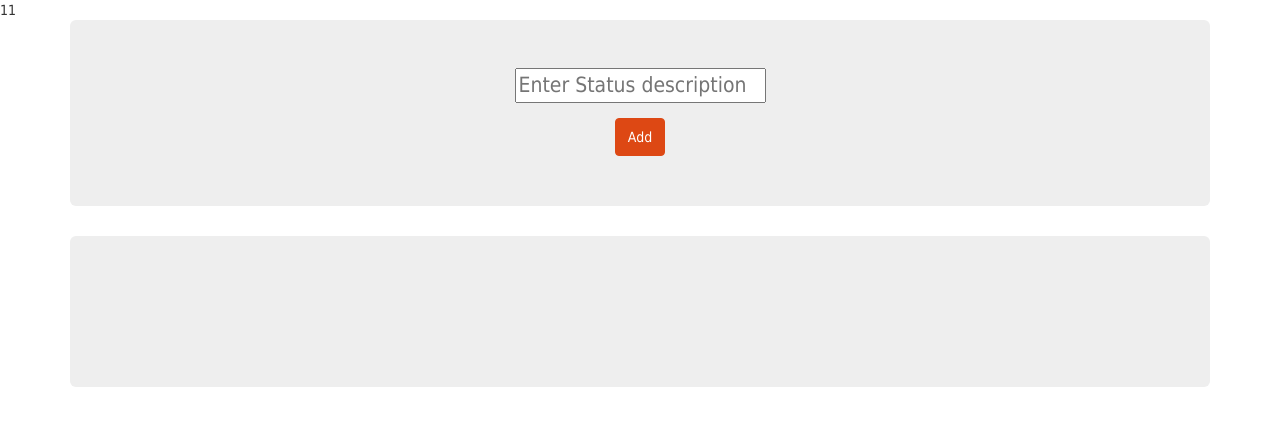
Repository: harshagithub19/news_feed
Page: fbapp3/src/main/webapp/Status.html
The author's editor kept a copy of each file at every save. The page is drawn from the files as they stood at one save, then again after the next save.
The browser window is 1280 px wide. The pictures show the whole page.
The page's requests for data from a server got no answer. Some web fonts or font styles are not loaded; a fallback is used. Some web libraries are served in a nearby version.

Above is the page before, as saved 2017-03-01 18:06:55.

After the next save:
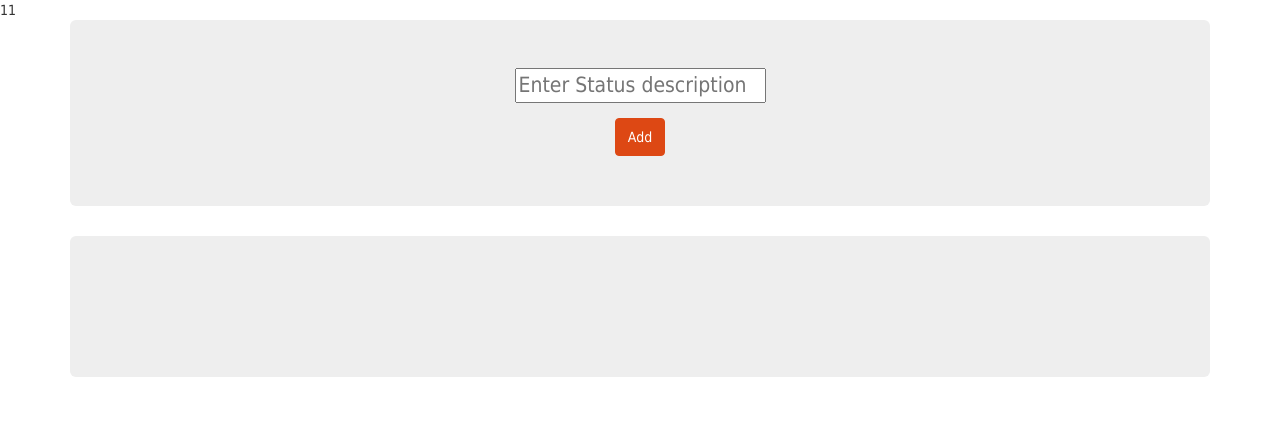
Saved 6 min 55 s later.
--- a/fbapp3/src/main/webapp/Status.html
+++ b/fbapp3/src/main/webapp/Status.html
@@ -122,7 +122,7 @@
 	</div>
 	<div class="jumbotron">
 	  <div align="center" id="output">
-	       <p id="output"></p>
+	      <!-- <p id="output"></p> -->
 	       <br>
 
 	  </div>

After the save that followed:
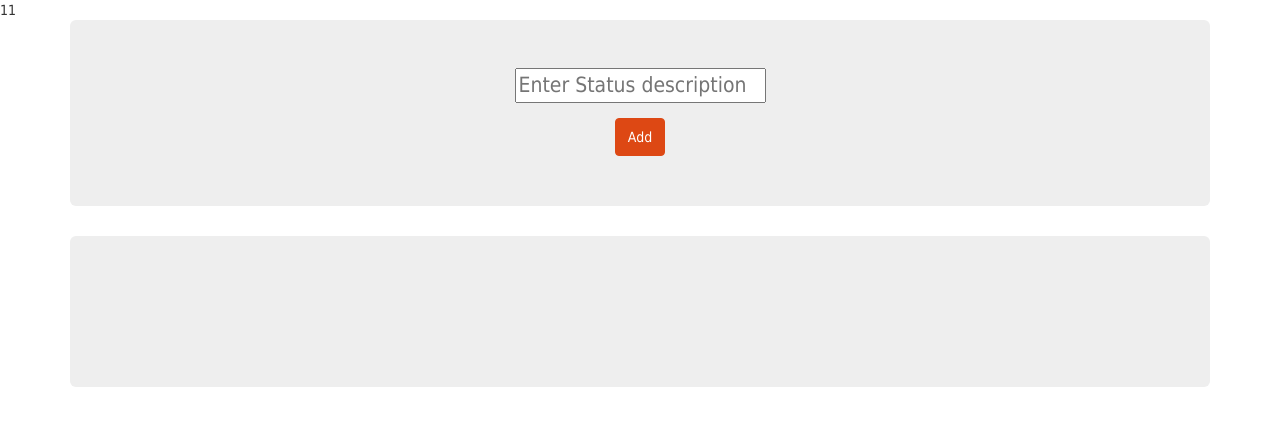
Saved 43 s later.
--- a/fbapp3/src/main/webapp/Status.html
+++ b/fbapp3/src/main/webapp/Status.html
@@ -122,7 +122,7 @@
 	</div>
 	<div class="jumbotron">
 	  <div align="center" id="output">
-	      <!-- <p id="output"></p> -->
+	       <p id="output"></p>
 	       <br>
 
 	  </div>
